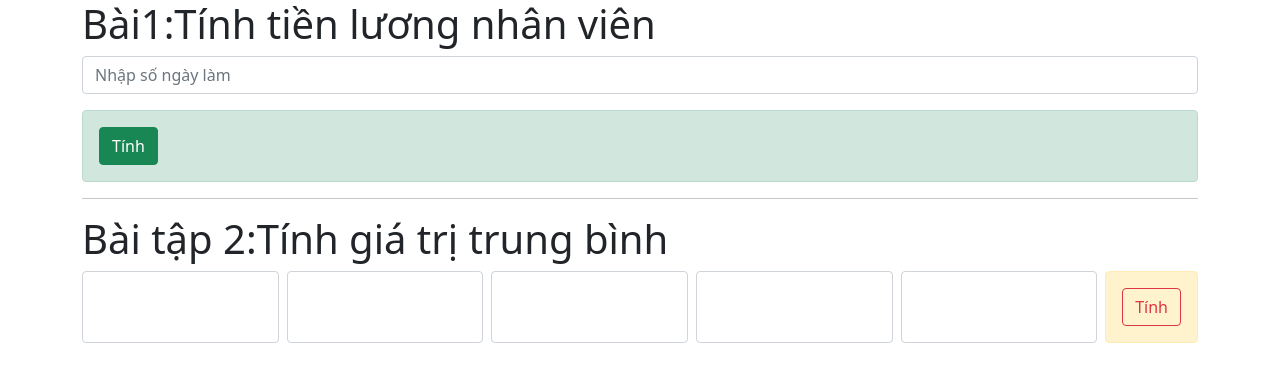
Repository: qkhanh1104k/Js-buoi2-3_giaodienbuoi1
Page: index.html
The author's editor kept a copy of each file at every save. The page is drawn from the files as they stood at one save, then again after a run of saves.
The browser window is 1280 px wide. The pictures show the whole page.

Above is the page before, as saved 2022-07-21 10:32:12.

### index.html
<!DOCTYPE html>
<html lang="en">
  <head>
    <meta charset="UTF-8" />
    <meta http-equiv="X-UA-Compatible" content="IE=edge" />
    <meta name="viewport" content="width=device-width, initial-scale=1.0" />
    <title>Document</title>
    <link
      href="https://cdn.jsdelivr.net/npm/bootstrap@5.1.3/dist/css/bootstrap.min.css"
      rel="stylesheet"
      integrity="sha384-1BmE4kWBq78iYhFldvKuhfTAU6auU8tT94WrHftjDbrCEXSU1oBoqyl2QvZ6jIW3"
      crossorigin="anonymous"
    />
  </head>
  <body>
    <div class="container">
      <h1>Bài1:Tính tiền lương nhân viên</h1>
      <div>
        <input
          type="text"
          id="txtNum"
          class="form-control mb-3"
          placeholder="Nhập số ngày làm"
        />
        <div class="alert alert-success" id="resultBT1">
          <button class="btn btn-success" onclick="demoWhile()">Tính</button>
        </div>
      </div>
      <hr />
      <h1>Bài tập 2:Tính giá trị trung bình</h1>
      <div class="d-flex gap-2">
        <input type="text" id="txtNum1Bt2" class="form-control mb-3" />
        <input type="text" id="txtNum2Bt2" class="form-control mb-3" />
        <input type="text" id="txtNum3Bt2" class="form-control mb-3" />
        <input type="text" id="txtNum4Bt2" class="form-control mb-3" />
        <input type="text" id="txtNum5Bt2" class="form-control mb-3" />
        <div class="alert alert-warning" id="resBt2">
          <button class="btn btn-outline-danger" onclick="calcAvarage5()">
            Tính
          </button>
        </div>
      </div>
    </div>

    <script src="./index.js"></script>
  </body>
</html>

### index.js
// bai tap 1
 /* input:lương 1 ngày, số ngày làm
    process:
    1.lấy input
    2.tính lương= số ngày *lương 1 ngày
    3.log ra màn hình
    output:tiền lương
  */
function demoWhile(){
    var value = +document.getElementById("txtNum").value;
    var salaryPerDay = 200000;
    var salary = value*salaryPerDay;
    document.getElementById("resultBT1").innerHTML= salary;
}

After the next 2 saves:
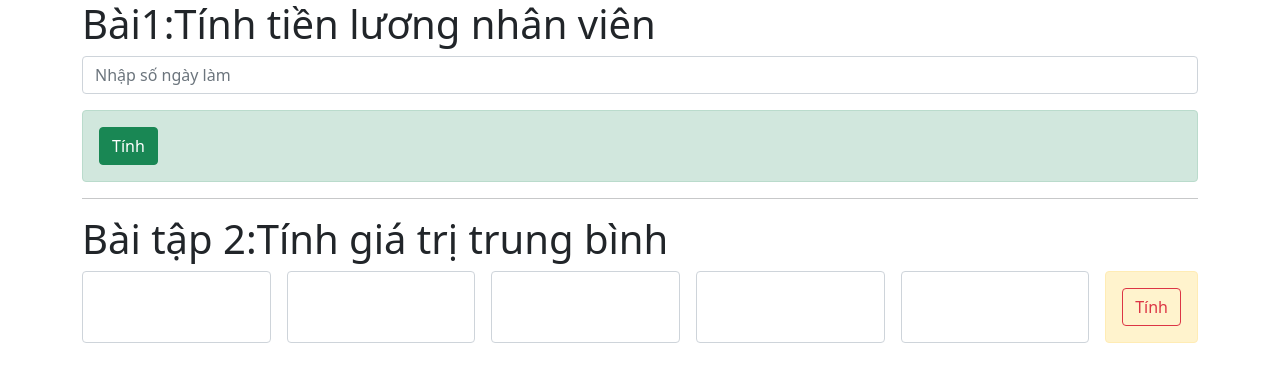
The 2 saves are shown as one change because they came seconds apart.
The last was saved 14 s later.
--- a/index.html
+++ b/index.html
@@ -28,7 +28,7 @@
       </div>
       <hr />
       <h1>Bài tập 2:Tính giá trị trung bình</h1>
-      <div class="d-flex gap-2">
+      <div class="d-flex gap-3">
         <input type="text" id="txtNum1Bt2" class="form-control mb-3" />
         <input type="text" id="txtNum2Bt2" class="form-control mb-3" />
         <input type="text" id="txtNum3Bt2" class="form-control mb-3" />
